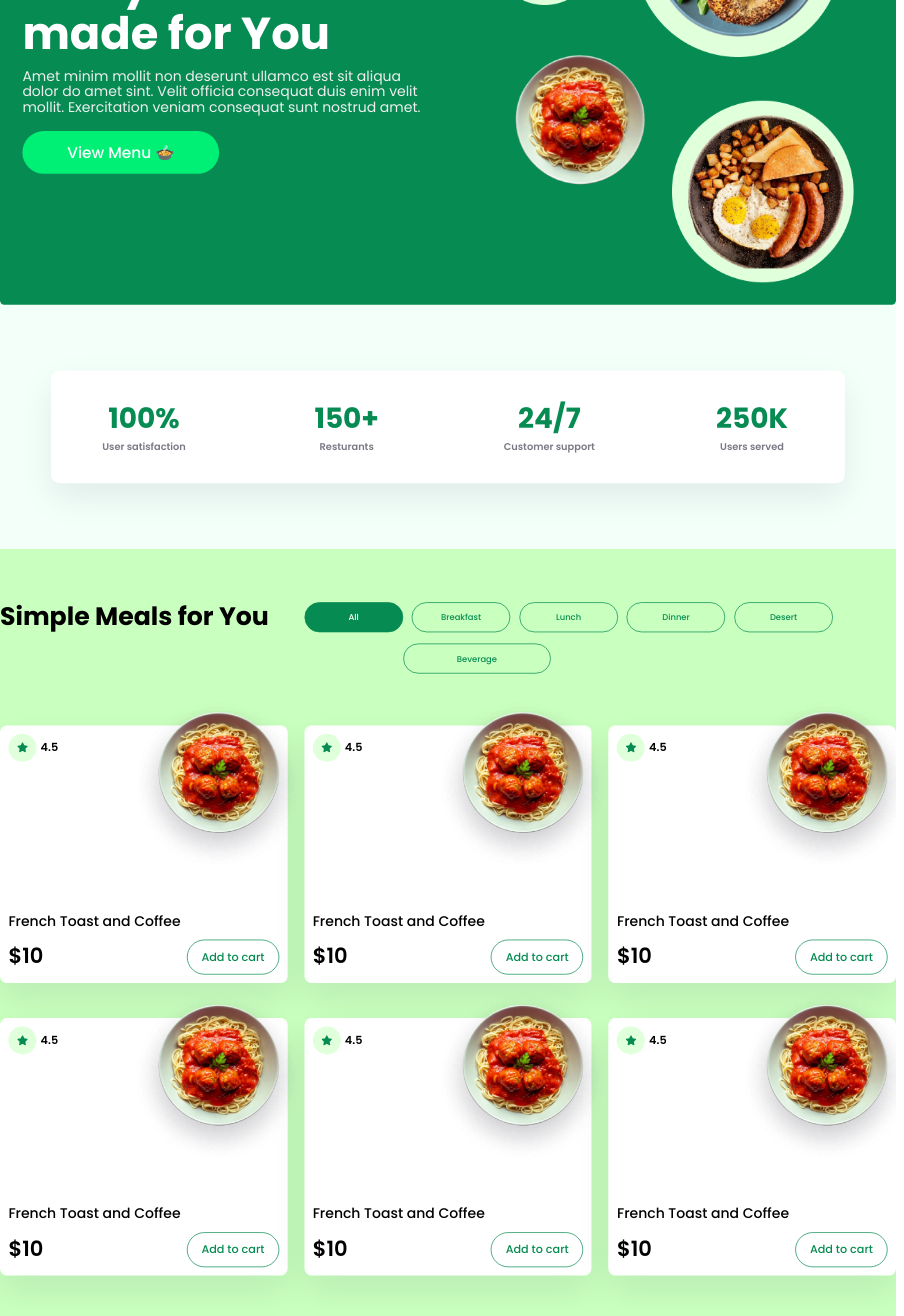
Repository: nguyennam1029/balbal
Page: index.html
An editor plug-in stored every save of this project. The page is shown before and after the next save, followed by the edit.
The browser window is 1280 px wide. The page is 1292 px wide, so the pictures cover 1292 px, including what lies to the right of the window. The pictures show the part of the page from y = 366 to 2246 px (the page is 4194 px tall), at 70% of full size.
Some web libraries are served in a nearby version.

Above is the page before, as saved 2022-07-09 09:36:20.

### index.html
<!DOCTYPE html>
<html lang="en">
  <head>
    <meta charset="UTF-8" />
    <meta http-equiv="X-UA-Compatible" content="IE=edge" />
    <meta name="viewport" content="width=device-width, initial-scale=1.0" />
    <title>Chow</title>
    <link
      rel="stylesheet"
      href="https://cdnjs.cloudflare.com/ajax/libs/font-awesome/6.1.1/css/all.min.css"
      integrity="sha512-KfkfwYDsLkIlwQp6LFnl8zNdLGxu9YAA1QvwINks4PhcElQSvqcyVLLD9aMhXd13uQjoXtEKNosOWaZqXgel0g=="
      crossorigin="anonymous"
      referrerpolicy="no-referrer"
    />
    <link rel="stylesheet" href="css/grid.css" />
    <link rel="stylesheet" href="css/style.css" />
  </head>
  <body>
    <div class="app">
      <div class="grid wide">
        <div class="menu">
          <a href="#" class="menu-left">Chow</a>
          <span class="menu-icon--mobile">
            <i class="fa-solid fa-bars"></i>
          </span>

          <ul class="menu-center">
            <li class="menu-center-item">
              <a href="#" class="menu-center--link active">Home</a>
            </li>
            <li class="menu-center-item">
              <a href="#" class="menu-center--link">Menu</a>
            </li>
            <li class="menu-center-item">
              <a href="#" class="menu-center--link">About</a>
            </li>
            <li class="menu-center-item">
              <a href="#" class="menu-center--link">Resturants</a>
            </li>
            <li class="menu-center-item">
              <a href="#" class="menu-center--link">Contact</a>
            </li>
            <i class="back-top fa-solid fa-angles-up"></i>
          </ul>
          <ul class="menu-right">

            <li class="menu-right-item">
              <a href="#" class="menu-right--link">
                <i class="fa-solid fa-circle-user"></i>
              </a>
            </li>
            <li class="menu-right-item">
              <a href="#" class="menu-right--link active">
                <i class="fa-solid fa-bag-shopping"></i>
                <span class="menu-right--circle"></span>
              </a>
            </li>
          </ul>
        </div>
        <div class="banner">
          <div class="row">
            <div class="col l-6 m-12 c-12">
              <div class="banner-info">
                <h1 class="banner-title">Tasty Meals made for You</h1>
                <span class="banner-des"
                  >Amet minim mollit non deserunt ullamco est sit aliqua dolor
                  do amet sint. Velit officia consequat duis enim velit mollit.
                  Exercitation veniam consequat sunt nostrud amet.</span
                >
                <a href="#" class="banner-btn"> View Menu 🍲 </a>
              </div>
            </div>
            <div class="col l-6 m-12 c-12 c-0">
              <div class="banner-img">
                <img src="images/banner1.png" alt="" />
              </div>
            </div>
          </div>
        </div>
        <div class="statistical">
          <div class="row">
            <div class="col l-3 m-6 c-12">
              <div class="statistical-item">
                <h3 class="statistical-item--title">100%</h3>
                <span class="statistical-item--des">User satisfaction</span>
              </div>
            </div>
            <div class="col l-3 m-6 c-12">
              <div class="statistical-item">
                <h3 class="statistical-item--title">150+</h3>
                <span class="statistical-item--des">Resturants</span>
              </div>
            </div>
            <div class="col l-3 m-6 c-12">
              <div class="statistical-item">
                <h3 class="statistical-item--title">24/7</h3>
                <span class="statistical-item--des">Customer support</span>
              </div>
            </div>
            <div class="col l-3 m-6 c-12">
              <div class="statistical-item">
                <h3 class="statistical-item--title">250K</h3>
                <span class="statistical-item--des">Users served</span>
              </div>
            </div>
          </div>
        </div>
      </div>
      <div class="product">
        <div class="grid wide">
          <div class="product-top">
            <div class="row">
              <div class="col l-4 m-12 c-12">
                <h3 class="product-heading">Simple Meals for You</h3>
              </div>
              <!-- <div class="col l-8 m-12 c-12"> -->
              <ul class="tab-list col l-8 m-12 c-12">
                <li class="tab-item active col l-2 m-3 c-4">All</li>
                <li class="tab-item col l-2 m-3 c-4">Breakfast</li>
                <li class="tab-item col l-2 m-3 c-4">Lunch</li>
                <li class="tab-item col l-2 m-3 c-4">Dinner</li>
                <li class="tab-item col l-2 m-3 c-4">Desert</li>
                <li class="tab-item col l-o-2 m-3 c-4">Beverage</li>
              </ul>
              <!-- </div> -->
            </div>
          </div>
          <div class="product-list">
            <div class="row">
              <div class="col l-4 m-6 c-12">
                <div class="product-item">
                  <img
                    class="product-item--img"
                    src="images/product1.png"
                    alt=""
                  />
                  <div class="product-item--rating">
                    <i class="fa-solid fa-star"></i>
                    <span>4.5</span>
                  </div>
                  <div class="product-item--content">
                    <h4 class="product-item--name">French Toast and Coffee</h4>
                    <div class="product-item--footer">
                      <span class="product-item--price">$10</span>
                      <a href="#" class="product-item--btn">Add to cart</a>
                    </div>
                  </div>
                </div>
              </div>

              <div class="col l-4 m-6 c-12">
                <div class="product-item">
                  <img
                    class="product-item--img"
                    src="images/product1.png"
                    alt=""
                  />
                  <div class="product-item--rating">
                    <i class="fa-solid fa-star"></i>
                    <span>4.5</span>
                  </div>
                  <div class="product-item--content">
                    <h4 class="product-item--name">French Toast and Coffee</h4>
                    <div class="product-item--footer">
                      <span class="product-item--price">$10</span>
                      <a href="#" class="product-item--btn">Add to cart</a>
                    </div>
                  </div>
                </div>
              </div>

              <div class="col l-4 m-6 c-12">
                <div class="product-item">
                  <img
                    class="product-item--img"
                    src="images/product1.png"
                    alt=""
                  />
                  <div class="product-item--rating">
                    <i class="fa-solid fa-star"></i>
                    <span>4.5</span>
                  </div>
                  <div class="product-item--content">
                    <h4 class="product-item--name">French Toast and Coffee</h4>
                    <div class="product-item--footer">
                      <span class="product-item--price">$10</span>
                      <a href="#" class="product-item--btn">Add to cart</a>
                    </div>
                  </div>
                </div>
              </div>

              <div class="col l-4 m-6 c-12">
                <div class="product-item">
                  <img
                    class="product-item--img"
                    src="images/product1.png"
                    alt=""
                  />
                  <div class="product-item--rating">
                    <i class="fa-solid fa-star"></i>
                    <span>4.5</span>
                  </div>
                  <div class="product-item--content">
                    <h4 class="product-item--name">French Toast and Coffee</h4>
                    <div class="product-item--footer">
                      <span class="product-item--price">$10</span>
                      <a href="#" class="product-item--btn">Add to cart</a>
                    </div>
                  </div>
                </div>
              </div>

              <div class="col l-4 m-6 c-12">
                <div class="product-item">
                  <img
                    class="product-item--img"
                    src="images/product1.png"
                    alt=""
                  />
                  <div class="product-item--rating">
                    <i class="fa-solid fa-star"></i>
                    <span>4.5</span>
                  </div>
                  <div class="product-item--content">
                    <h4 class="product-item--name">French Toast and Coffee</h4>
                    <div class="product-item--footer">
                      <span class="product-item--price">$10</span>
                      <a href="#" class="product-item--btn">Add to cart</a>
                    </div>
                  </div>
                </div>
              </div>

              <div class="col l-4 m-6 c-12">
                <div class="product-item">
                  <img
                    class="product-item--img"
                    src="images/product1.png"
                    alt=""
                  />
                  <div class="product-item--rating">
                    <i class="fa-solid fa-star"></i>
                    <span>4.5</span>
                  </div>
                  <div class="product-item--content">
                    <h4 class="product-item--name">French Toast and Coffee</h4>
                    <div class="product-item--footer">
                      <span class="product-item--price">$10</span>
                      <a href="#" class="product-item--btn">Add to cart</a>
                    </div>
                  </div>
                </div>
              </div>
            </div>
            <div class="row">
              <div class="col c-12 product-menu">
                <a href="#" class="product-menu--btn">Explore Menu</a>
              </div>
            </div>
          </div>
        </div>
      </div>

      <!-- ĐÁNH GIÁ CMT  -->
      <div class="comment">
        <div class="grid wide">
          <div class="comment-top">
            <div class="row">
              <div class="col l-5">
                <h3 class="product-heading">What our customers are saying</h3>
              </div>
              <div class="col l-2 l-o-5 m-12 c-12">
                <div class="comment-btn">

                    <i
                      class="comment-top--icon fa-solid fa-arrow-left-long"
                    ></i>


                    <i
                      class="comment-top--icon active fa-solid fa-arrow-right-long"
                    ></i>
                  </div>
                </div>
            </div>
            <div class="comment-content">
              <div class="row">
                <!-- START-ITEM  -->
                  <div class="col l-4 m-6 c-12">
                    <div class="comment-item">
                      <span class="comment-title">
                        Amet minim mollit non deserunt ullamco est sit aliqua dolor do amet sint velit officia consequat duis enim velit mollit exercitation veniam.
                      </span>
                      <div class="comment-info">
                        <div class="info-left">
                          <img src="images/cmt1.png" alt="">
                          <div class="info-left--des">
                            <h4 class="info-left--name">Kristin Watson</h4>
                            <span class="info-left--time">Jun 27, 2020 · 6 min read</span>
                          </div>
                        </div>

                          <ul class="info-right--rating">
                            <li class="info-right--icon"><i class="fa-solid fa-star"></i></li>
                            <li class="info-right--icon"><i class="fa-solid fa-star"></i></li>
                            <li class="info-right--icon"><i class="fa-solid fa-star"></i></li>
                            <li class="info-right--icon"><i class="fa-solid fa-star"></i></li>
                            <li class="info-right--icon">
                              <i class="fa-regular fa-star"></i>
                            </li>
                          </ul>

                      </div>
                    </div>
                  </div>
                <!-- END-ITEM  -->

                <!-- START-ITEM  -->
                  <div class="col l-4 m-6 c-0">
                    <div class="comment-item">
                      <span class="comment-title">
                        Amet minim mollit non deserunt ullamco est sit aliqua dolor do amet sint velit officia consequat duis enim velit mollit exercitation veniam.
                      </span>
                      <div class="comment-info">
                        <div class="info-left">
                          <img src="images/cmt2.png" alt="">
                          <div class="info-left--des">
                            <h4 class="info-left--name">Kristin Watson</h4>
                            <span class="info-left--time">Jun 27, 2020 · 6 min read</span>
                          </div>
                        </div>

                          <ul class="info-right--rating">
                            <li class="info-right--icon"><i class="fa-solid fa-star"></i></li>
                            <li class="info-right--icon"><i class="fa-solid fa-star"></i></li>
                            <li class="info-right--icon"><i class="fa-solid fa-star"></i></li>
                            <li class="info-right--icon"><i class="fa-solid fa-star"></i></li>
                            <li class="info-right--icon">
                              <i class="fa-regular fa-star"></i>
                            </li>
                          </ul>

                      </div>
                    </div>
                  </div>
                <!-- END-ITEM  -->

                <!-- START-ITEM  -->
                  <div class="col l-4 m-0 c-0">
                    <div class="comment-item">
                      <span class="comment-title">
                        Amet minim mollit non deserunt ullamco est sit aliqua dolor do amet sint velit officia consequat duis enim velit mollit exercitation veniam.
                      </span>
                      <div class="comment-info">
                        <div class="info-left">
                          <img src="images/cmt3.png" alt="">
                          <div class="info-left--des">
                            <h4 class="info-left--name">Kristin Watson</h4>
                            <span class="info-left--time">Jun 27, 2020 · 6 min read</span>
                          </div>
                        </div>

                          <ul class="info-right--rating">
                            <li class="info-right--icon"><i class="fa-solid fa-star"></i></li>
                            <li class="info-right--icon"><i class="fa-solid fa-star"></i></li>
                            <li class="info-right--icon"><i class="fa-solid fa-star"></i></li>
                            <li class="info-right--icon"><i class="fa-solid fa-star"></i></li>
                            <li class="info-right--icon">
                              <i class="fa-regular fa-star"></i>
                            </li>
                          </ul>

                      </div>
                    </div>
                  </div>
                <!-- END-ITEM  -->
              </div>
            </div>
            </div>
          </div>
        </div>
      </div>
      <!-- END ĐÁNH GIÁ CMT  -->

      <!-- TRANSPORT VẬN CHUYỂN  -->
      <div class="transport">
        <div class="grid wide">
          <div class="row transport-list">
            <div class="col l-5">
              <div class="transport-item">
                <h3 class="transport-item--title">Meals on the Go!!!</h3>
                <span class="transport-item--des">Download the app to to enjoy discounts, promotions and offers.
Amet minim mollit non deserunt ullamco est sit aliqua dolor do amet sint velit officia consequat duis enim velit mollit exercitation veniam.</span>
                <div class="getApp">
                  <span class="getApp-title">Get the app</span>
                  <div class="getApp-img">
                    <a href="#" class="getApp-img--link">
                      <img src="images/Google Play Badge.png" alt="">
                    </a>
                    <a href="#" class="getApp-img--link">
                      <img src="images/App Store Badge.png" alt="">
                    </a>
                  </div>
                </div>
            </div>
            </div>
            <div class="col l-4 l-o-3">
              <div class="transport-item">
                <img src="images/transport.png" alt="">
              </div>

            </div>
          </div>
        </div>
      </div>
      <!-- END TRANSPORT VẬN CHUYỂN  -->
      <footer>
        <div class="grid footer">
          <div class="row">
            <div class="col l-2 m-4 c-0">
              <div class="footer-content">
                <h5 class="footer-title">Solutions</h5>
                <ul class="footer-list">
                  <li class="footer-item">
                    <a href="#" class="footer-link">Marketing</a>
                  </li>
                  <li class="footer-item">
                    <a href="#" class="footer-link">Analytics</a>
                  </li>
                  <li class="footer-item">
                    <a href="#" class="footer-link">Commerce</a>
                  </li>
                  <li class="footer-item">
                    <a href="#" class="footer-link">Insights</a>
                  </li>
                </ul>
              </div>
            </div>
            <div class="col l-2 m-4 c-0">
             <div class="footer-content">
                <h5 class="footer-title">Support</h5>
                <ul class="footer-list">
                  <li class="footer-item">
                    <a href="#" class="footer-link">Pricing</a>
                  </li>
                  <li class="footer-item">
                    <a href="#" class="footer-link">Documentation</a>
                  </li>
                  <li class="footer-item">
                    <a href="#" class="footer-link">Guides</a>
                  </li>
                  <li class="footer-item">
                    <a href="#" class="footer-link">API Status</a>
                  </li>
                </ul>
              </div>
            </div>
            <div class="col l-2 m-4 c-0">
             <div class="footer-content">
                <h5 class="footer-title">Company</h5>
                <ul class="footer-list">
                  <li class="footer-item">
                    <a href="#" class="footer-link">About</a>
                  </li>
                  <li class="footer-item">
                    <a href="#" class="footer-link">Jobs</a>
                  </li>
                  <li class="footer-item">
                    <a href="#" class="footer-link">Partners</a>
                  </li>
                  <li class="footer-item">
                    <a href="#" class="footer-link">Insights</a>
                  </li>
                </ul>
              </div>
            </div>
            <div class="col l-2 m-4 c-12 m-left c-center">
             <div class="footer-content">
                <h5 class="footer-title">Legal</h5>
                <ul class="footer-list">
                  <li class="footer-item">
                    <a href="#" class="footer-link">Privacy</a>
                  </li>
                  <li class="footer-item">
                    <a href="#" class="footer-link">Analytics</a>
                  </li>
                  <li class="footer-item">
                    <a href="#" class="footer-link">Claim</a>
                  </li>
                  <li class="footer-item">
                    <a href="#" class="footer-link">Insights</a>
                  </li>
                </ul>
              </div>
            </div>
            <div class="col l-4 m-6 c-12 m-left c-center">
             <div class="footer-content">
                <h5 class="footer-title">Subscribe to our newsletter</h5>
                <span class="footer-des">The latest news, articles, and resources, sent to your inbox weekly</span>
                <div class="footer-contact">
                  <input type="text" placeholder="Enter your email">
                  <a href="#" class="footer-btn">Subscribe</a>
                </div>
              </div>
            </div>
          </div>
          <span class="hr"></span>
          <div class="row footer-copy">
            <div class="col l-4 m-5 c-12 c-center">
              <span class="footer-copyright">© 08/07/2022 Nguyễn Văn Nam</span>
            </div>
            <div class="col l-3 l-o-5 m-3 m-o-4 c-12 c-center">
              <ul class="footer-list--icon">
                <li>
                  <a href="#"><i class="fa-brands fa-facebook"></i></a>
                </li>
                <li>
                  <a href="#"><i class="fa-brands fa-twitter"></i></a>
                </li>
                <li>
                  <a href="#"><i class="fa-brands fa-instagram"></i></a>
                </li>
                <li>
                  <a href="#"><i class="fa-brands fa-github"></i></a>
                </li>
              </ul>
            </div>
          </div>
        </div>
      </footer>
    </div>

    <script>
      const menu = document.querySelector(".menu-icon--mobile");
      const backTop = document.querySelector(".back-top");
      const menuCenter = document.querySelector(".menu-center");
      menu.addEventListener("click", handleMenu)
      function handleMenu() {
        menuCenter.classList.add("active")
      }
      backTop.addEventListener("click", handleBackTop)
      function handleBackTop() {
        menuCenter.classList.remove("active")

      }
    </script>
  </body>
</html>

Loaded but not shown: css/style.css (1053 lines, source omitted); css/grid.css (609 lines, source omitted)

After the next save:
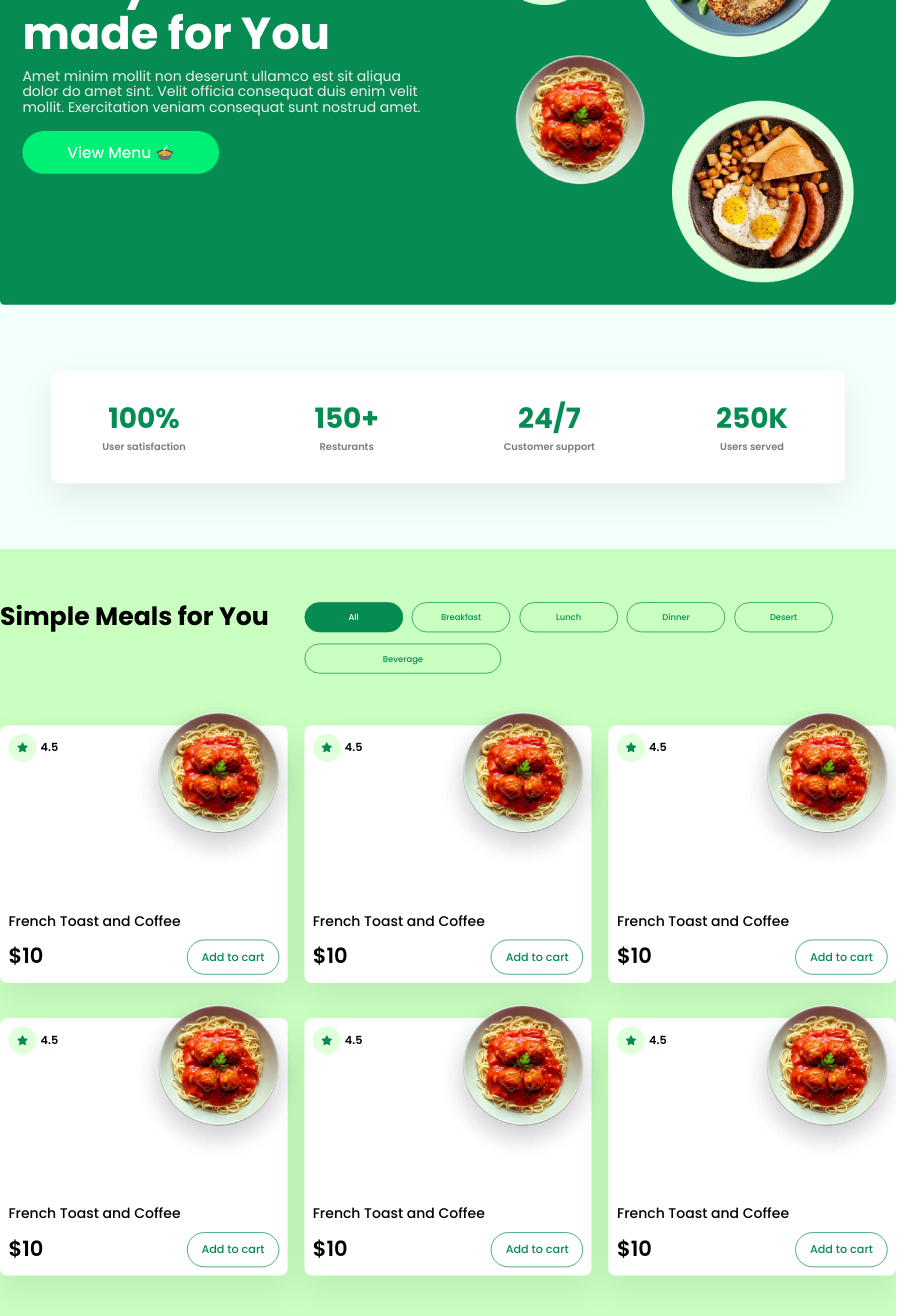
Saved 7 s later.
--- a/index.html
+++ b/index.html
@@ -120,7 +120,7 @@
                 <li class="tab-item col l-2 m-3 c-4">Lunch</li>
                 <li class="tab-item col l-2 m-3 c-4">Dinner</li>
                 <li class="tab-item col l-2 m-3 c-4">Desert</li>
-                <li class="tab-item col l-o-2 m-3 c-4">Beverage</li>
+                <li class="tab-item col l-0m-3 c-4">Beverage</li>
               </ul>
               <!-- </div> -->
             </div>
